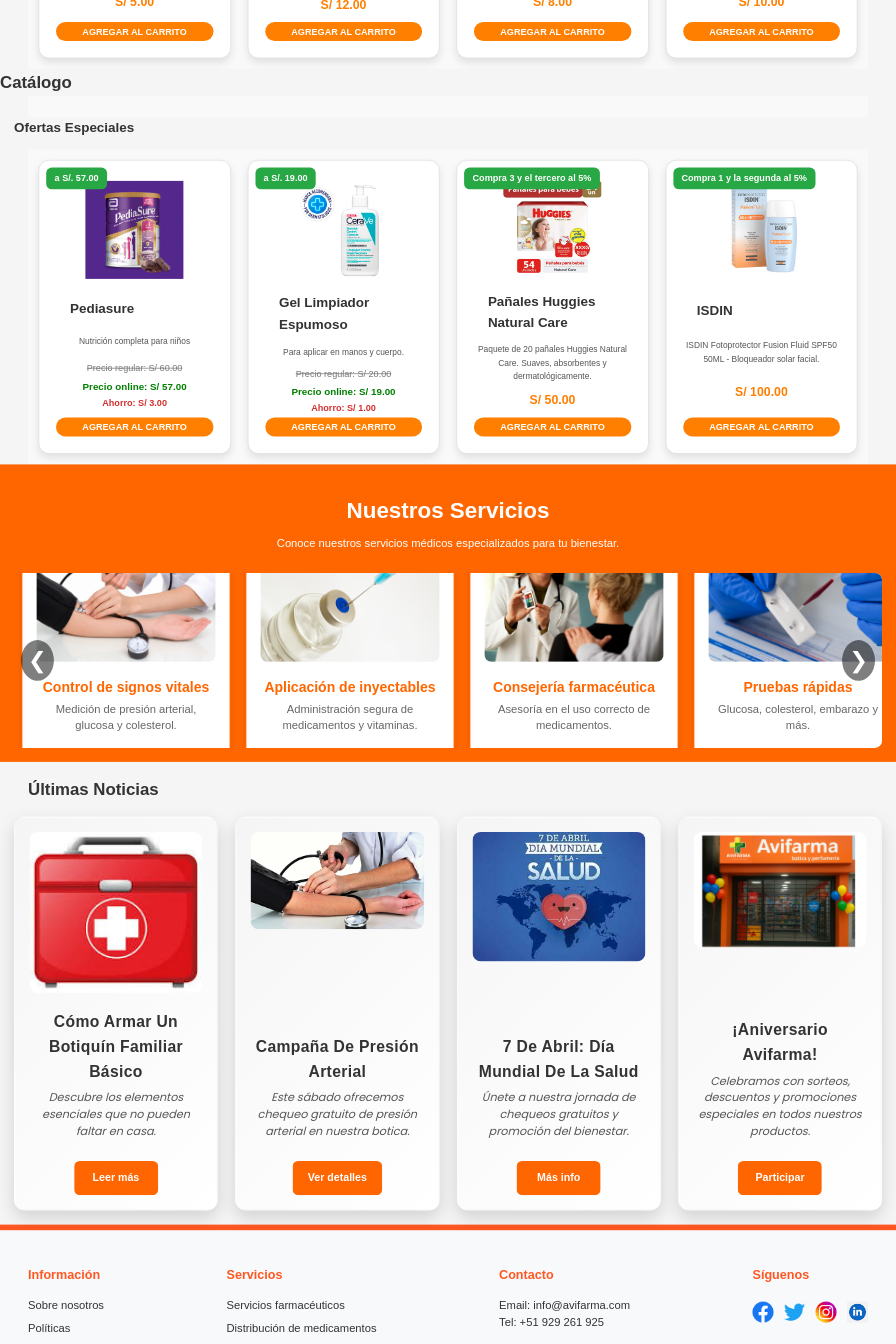
Repository: AVH75/avifarma-tienda
Page: index.html
These files come from the project's save history. The page is drawn as it stood at one moment and after the next save; the edit follows.
The browser window is 1280 px wide. The pictures show the part of the page from y = 778 to 2698 px (the page is 2873 px tall before and 2866 px after), at 70% of full size.

Above is the page before, as saved 2025-09-30 05:10:57.

After the next save:
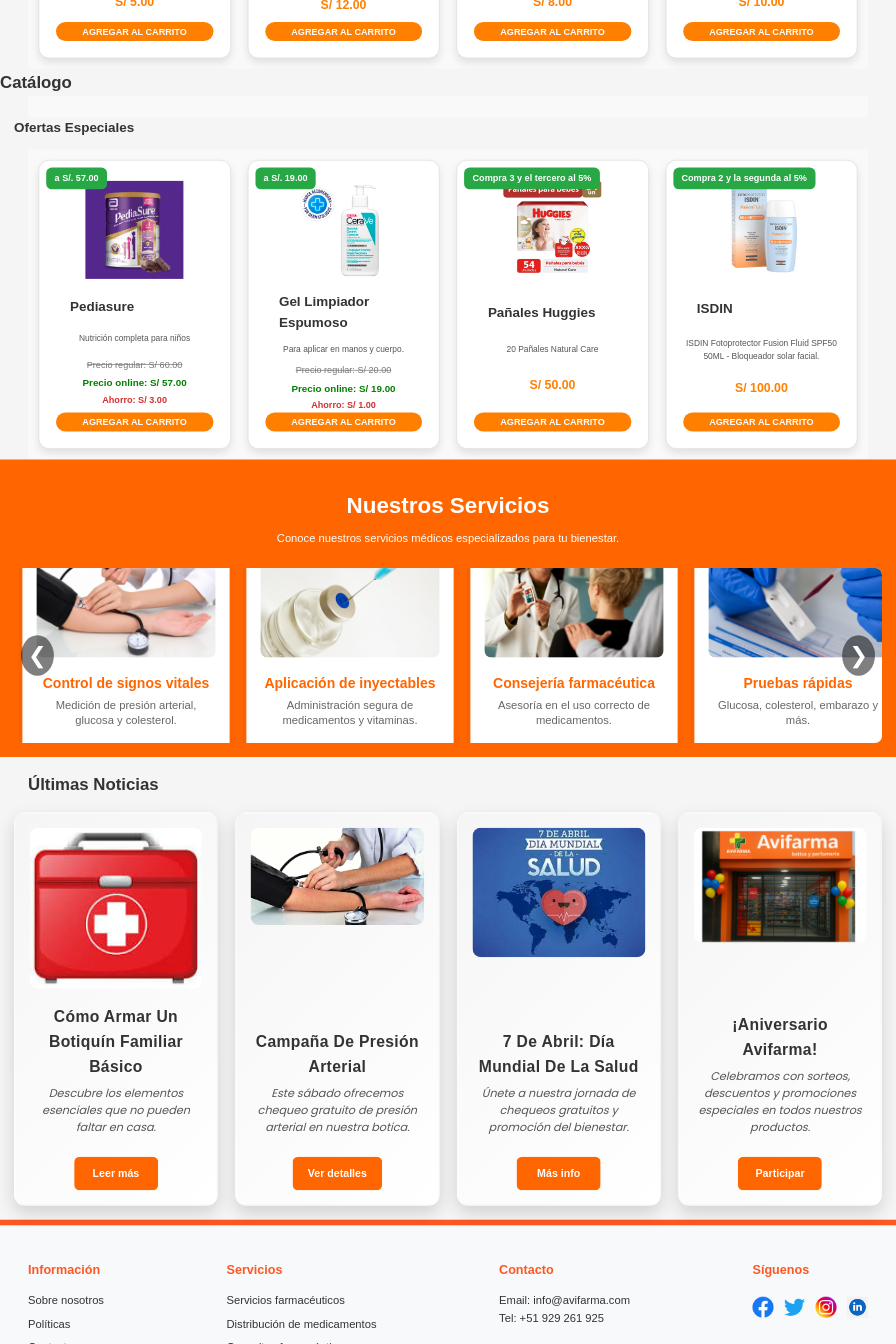
Saved 3 min 12 s later.
--- a/productos.json
+++ b/productos.json
@@ -146,35 +146,35 @@
       "descuentoVolumen": null
     },
     {
-  "id": 103,
-  "nombre": "Pañales Huggies Natural Care",
-  "descripcion": "Paquete de 20 pañales Huggies Natural Care. Suaves, absorbentes y dermatológicamente.",
-  "precio": 50.00,
-  "precio_con_descuento": null,
-  "ahorro": null,
-  "stock": 10,
-  "img": "img/ofertas/panal-huggies.jpg",
-  "descuento": "Compra 3 y el tercero al 5%",
-  "categoria": 1,
-  "subcategoria": 11,
-  "descuentoVolumen": {
-    "compra": 2,
-    "promo": 0.05,
-    "aplicaA": 3,
-    "precio_con_descuento_unidad": 47.50,
-    "ahorro_por_unidad": 2.50
-  }
-    },
-   {
+      "id": 103,
+      "nombre": "Pañales Huggies",
+      "descripcion": "20 Pañales Natural Care",
+      "precio": 50.00,
+      "precio_con_descuento": null,
+      "ahorro": null,
+      "stock": 10,
+      "img": "img/ofertas/panal-huggies.jpg",
+      "descuento": "Compra 3 y el tercero al 5%",
+      "categoria": 1,
+      "subcategoria": 11,
+      "descuentoVolumen": {
+        "compra": 2,
+        "promo": 0.05,
+        "aplicaA": 3,
+        "precio_con_descuento_unidad": 47.50,
+        "ahorro_por_unidad": 2.50
+      }
+    },
+    {
   "id": 104,
   "nombre": "ISDIN",
   "descripcion": "ISDIN Fotoprotector Fusion Fluid SPF50 50ML - Bloqueador solar facial.",
   "precio": 100.00,
   "precio_con_descuento": null,
-  "ahorro":null,
+  "ahorro": null,
   "stock": 10,
   "img": "img/ofertas/protector-solar.jpg",
-  "descuento": "Compra 1 y la segunda al 5%",
+  "descuento": "Compra 2 y la segunda al 5%",
   "categoria": 4,
   "subcategoria": 42,
   "descuentoVolumen": {
@@ -184,7 +184,7 @@
     "precio_con_descuento_unidad": 95.00,
     "ahorro_por_unidad": 5.00
   }
-}
+    }
   ],
   "servicios": [
     {
